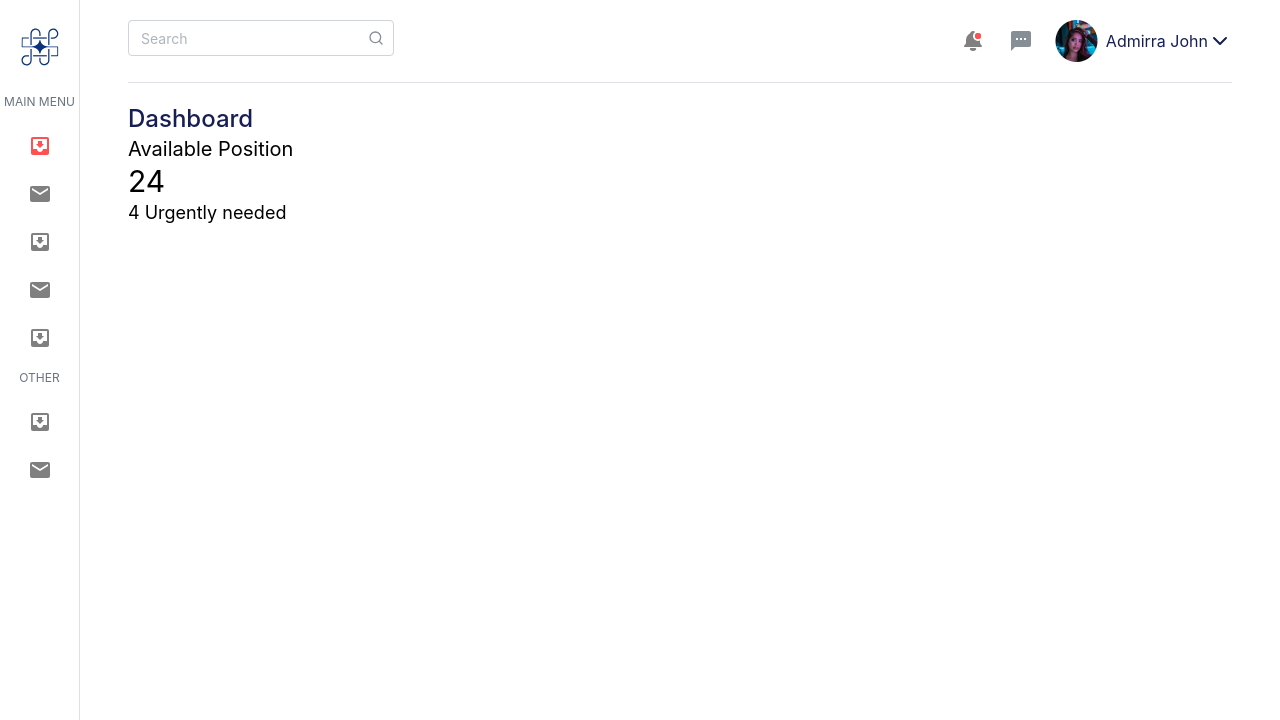
Repository: SatyaDewangan05/sample-dashboard
Page: /
An editor plug-in stored every save of this project. The page is shown before and after the next save, followed by the edit.
The browser window is 1280 px wide. The pictures show the whole page.
The project was rebuilt for these pictures with package versions that can differ from the ones it lists, and the page was loaded fresh each time. The framework's server and built-in components were replaced by stand-ins that run in the browser. Also part of the build but not shown: next.config.mjs.

Above is the page before, as saved 2024-09-21 23:19:28.

After the next save:
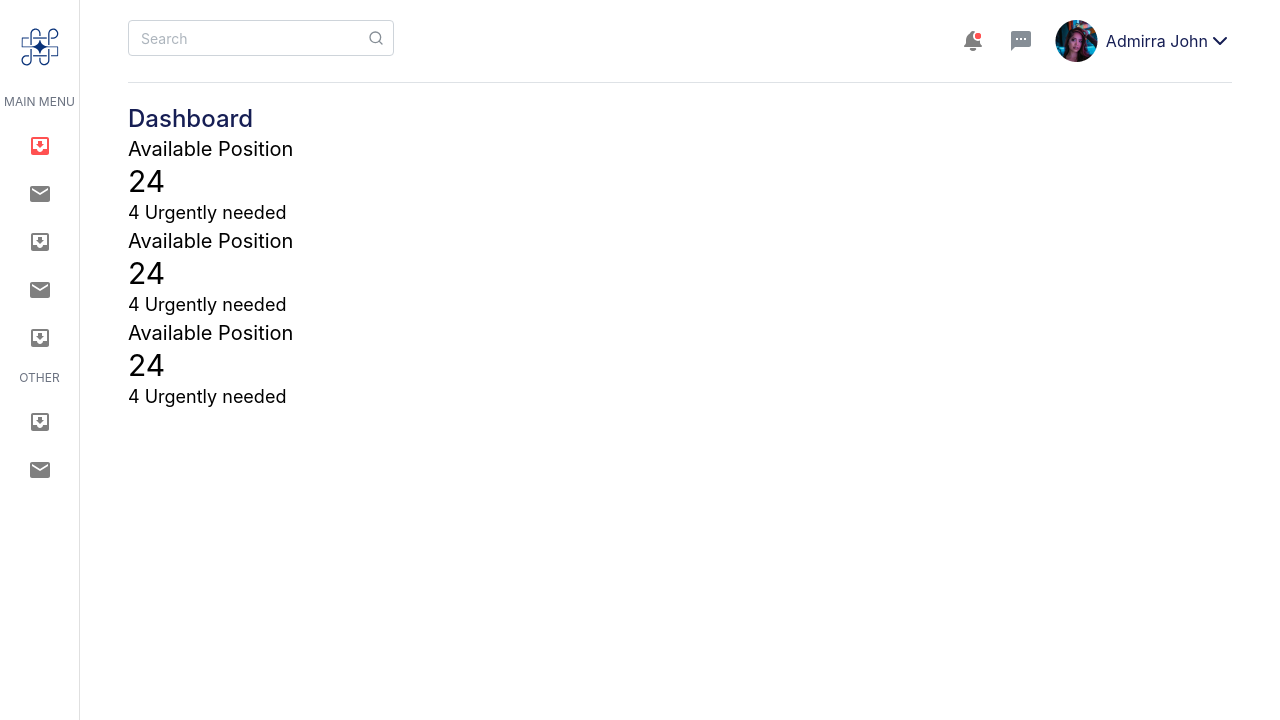
Saved 6 s later.
--- a/src/app/page.jsx
+++ b/src/app/page.jsx
@@ -68,6 +68,8 @@ export default function Home() {
           <p className="text-2xl font-medium text-[#161E54]">Dashboard</p>
           <div>
             <ThreeData />
+            <ThreeData />
+            <ThreeData />
           </div>
         </div>
       </div>
